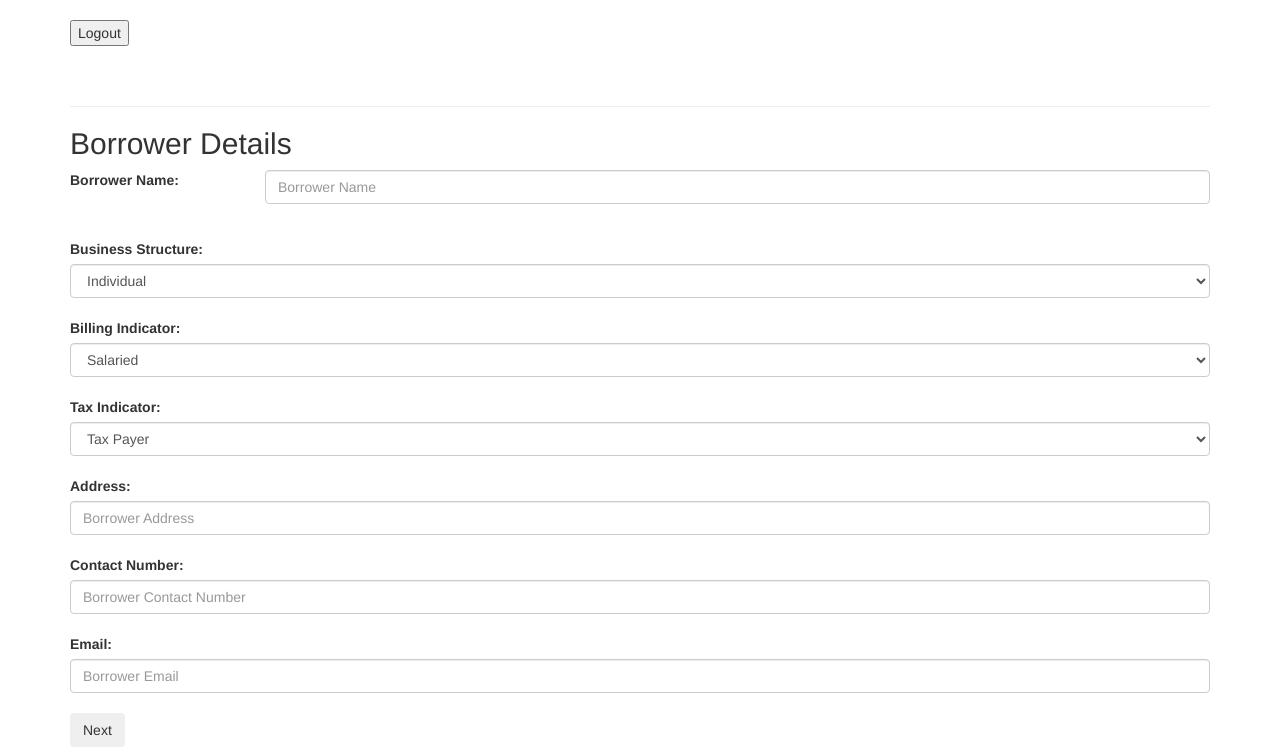
Repository: Bayvao/E-Loan-Project
Page: http://localhost/E-Loan-Project/WEB-INF/views/borrower-details-form.jsp
An editor plug-in stored every save of this project. The page is shown before and after the next save, followed by the edit.
The browser window is 1280 px wide. The pictures show the whole page.
The page is served by Tomcat 9. Nobody is signed in. The template is opened directly, without the code that normally fills it, so the values that code supplies are empty.

Above is the page before, as saved 2020-07-20 12:38:05.

After the next save:
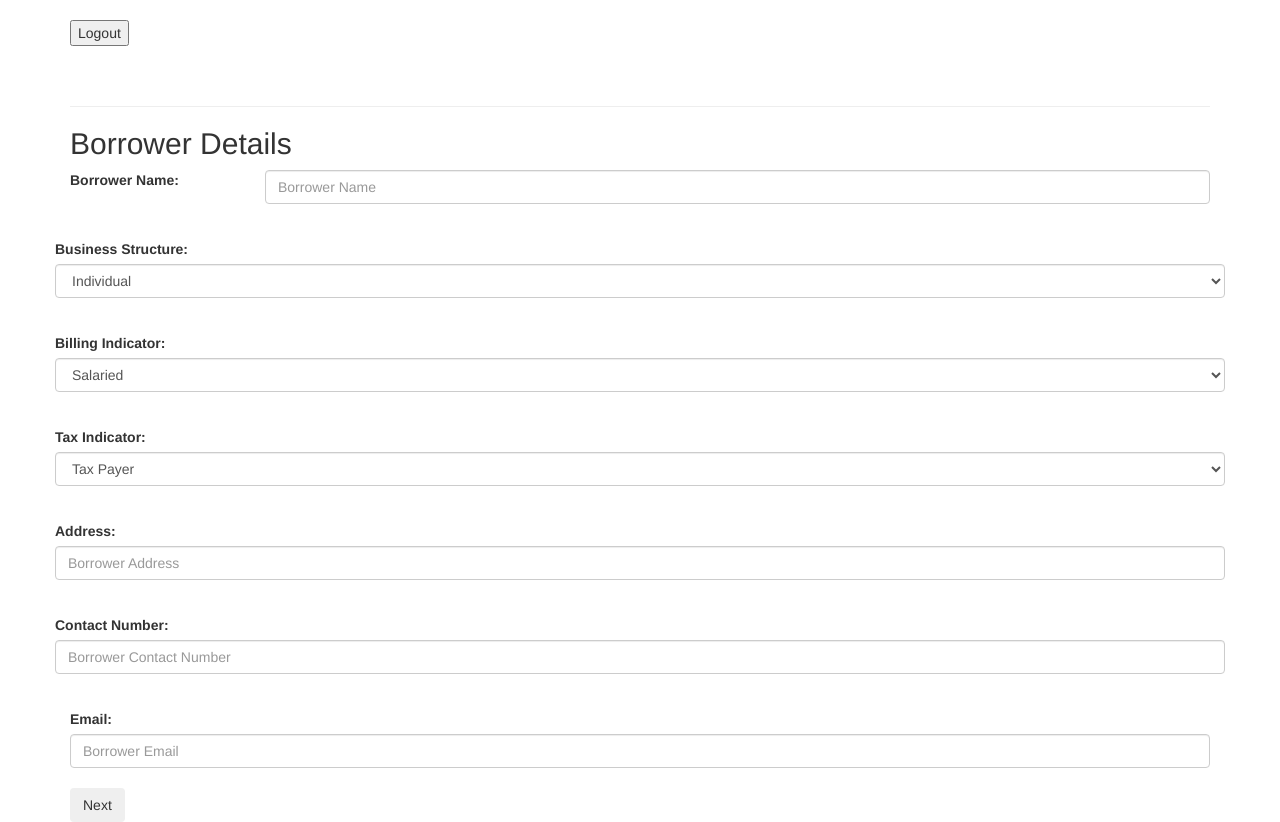
Saved 90 s later.
--- a/E-Loan-Project/src/main/webapp/WEB-INF/views/borrower-details-form.jsp
+++ b/E-Loan-Project/src/main/webapp/WEB-INF/views/borrower-details-form.jsp
@@ -60,7 +60,7 @@
 				</div>
 			</div>
 			<br>
-			<div>
+			<div class="form-group row">
 				<label>Business Structure: </label>
 				<form:select path="bStructure" class="form-control">
 					<form:option value="Individual">Individual</form:option>
@@ -69,7 +69,7 @@
 				</form:select>
 			</div>
 			<br>
-			<div>
+			<div class="form-group row">
 				<label>Billing Indicator: </label>
 				<form:select path="bIndicator" class="form-control">
 					<form:option value="Salaried">Salaried</form:option>
@@ -78,7 +78,7 @@
 				</form:select>
 			</div>
 			<br>
-			<div>
+			<div class="form-group row">
 				<label>Tax Indicator: </label>
 				<form:select path="tIndicator" class="form-control">
 					<form:option value="Tax Payer">Tax Payer</form:option>
@@ -87,14 +87,14 @@
 				</form:select>
 			</div>
 			<br>
-			<div>
+			<div class="form-group row">
 				<label>Address: </label>
 				<form:input path="bAddress" placeholder="Borrower Address"
 					class="form-control" />
 				<form:errors path="bAddress" cssClass="error" />
 			</div>
 			<br>
-			<div>
+			<div class="form-group row">
 				<label>Contact Number: </label>
 				<form:input path="bContactNo" placeholder="Borrower Contact Number"
 					class="form-control" />
